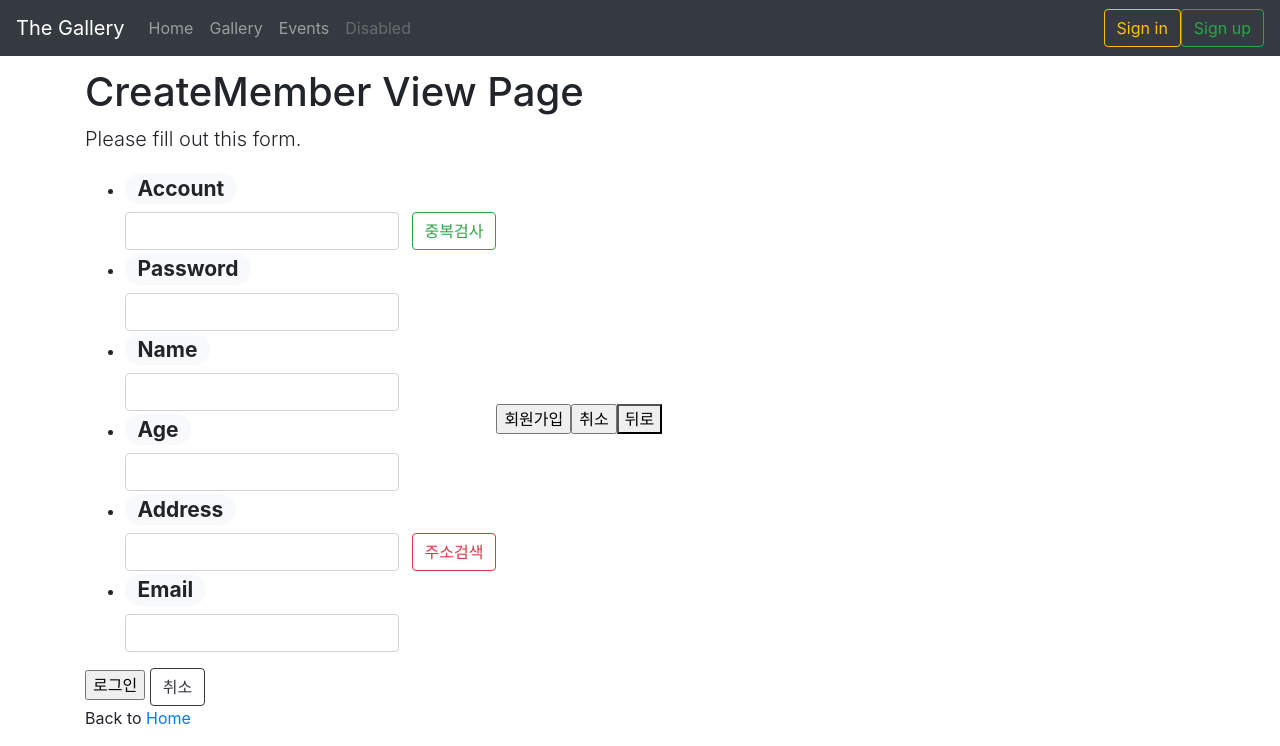
Repository: caramelsyrup/SpringProject1
Page: http://localhost/gallery/WEB-INF/views/member/createMember.jsp
These files come from the project's save history. The page is drawn as it stood at one moment and after the next save; the edit follows.
The browser window is 1280 px wide. The pictures show the whole page.
The page is served by Tomcat 9. Nobody is signed in. Other server files are loaded and not shown. The template is opened directly, without the code that normally fills it, so the values that code supplies are empty.

Above is the page before, as saved 2020-11-17 03:49:48.

### gallery/src/main/webapp/WEB-INF/views/member/createMember.jsp
<%@ page language="java" contentType="text/html; charset=UTF-8" pageEncoding="UTF-8"%>
<%@ include file="/resources/includes/header.jsp" %>
<!DOCTYPE html>
<html>
<head>
<meta charset="UTF-8">
<title>createMember Page</title>
</head>
<main role="main" class="flex-shrink-1" style="margin-top: 20px">
  <div class="container">
    <h1 class="mt-5">CreateMember View Page</h1>
    <p class="lead">Please fill out this form.</p>
    <form  class="form-inline mt-2 mt-md-0" action="/member/createMember" method="post" id="createForm">
		<ul>
			<li>
				<h3><span class="badge badge-pill badge-light">Account</span></h3>
				<!-- 회원 아이디, 시큐리티 떄문에 username으로 정함 -->
				<input class="form-control mr-sm-2" type="text" name="username" id="username"/>
				<button class="btn btn-outline-success my-2 my-sm-0" type="button" id="btnIDchk">중복검사</button>
			</li>
			<li>
				<h3><span class="badge badge-pill badge-light">Password</span></h3>
				<!-- 회원 비밀번호 -->
				<input class="form-control mr-sm-2" type="password" name="password" id="password"/>
			</li>
			<li>
				<h3><span class="badge badge-pill badge-light">Name</span></h3>
				<!-- 회원 이름 -->
				<input class="form-control mr-sm-2" type="text" name="membername" id="membername"/>
			</li>
			<li>
				<h3><span class="badge badge-pill badge-light">Age</span></h3>
				<!-- 회원 나이 -->
				<input class="form-control mr-sm-2" type="text" name="age" id="age"/>
			</li>
			<li>
				<h3><span class="badge badge-pill badge-light">Address</span></h3>
				<!-- 회원 주소 -->
				<input class="form-control mr-sm-2" type="text" name="address" id="address"/>
				<button class="btn btn-outline-danger my-2 my-sm-0" type="button" id="btnAddr">주소검색</button>
			</li>
			<li>
				<h3><span class="badge badge-pill badge-light">Email</span></h3>
				<!-- 회원 이메일주소 -->
				<input class="form-control mr-sm-2" type="email" name="email" id="email"/>
			</li>
		</ul>
		<input type="button" id="btndoCreate" value="회원가입">
		<input type="reset" value="취소">
		<button type="button" onclick="history.back()">뒤로</button>
	</form>
        <input  type="button" id="btnLogin" value="로그인">
        <input class="btn btn-outline-dark my-2 my-sm-0" type="reset" value="취소">
   <p>Back to <a href="/">Home</a></p>
  </div>
  	<script src="/resources/js/member.js"></script>
</main>


</body>
</html>

### gallery/src/main/webapp/resources/includes/header.jsp
<%@ taglib prefix="c" uri="http://java.sun.com/jsp/jstl/core" %>
<!DOCTYPE html>
<html>
<head>
<meta charset="UTF-8">
    <meta charset="utf-8">
    <meta name="viewport" content="width=device-width, initial-scale=1, shrink-to-fit=no">
    <meta name="description" content="">
    <meta name="author" content="Mark Otto, Jacob Thornton, and Bootstrap contributors">
    <meta name="generator" content="Jekyll v4.1.1">
<script src="https://code.jquery.com/jquery-3.5.1.js" integrity="sha256-QWo7LDvxbWT2tbbQ97B53yJnYU3WhH/C8ycbRAkjPDc=" crossorigin="anonymous"></script>
<!-- Latest compiled and minified CSS -->
<link rel="stylesheet" href="https://stackpath.bootstrapcdn.com/bootstrap/4.5.2/css/bootstrap.min.css">
<!-- Latest compiled JavaScript -->
<script src="https://stackpath.bootstrapcdn.com/bootstrap/4.5.2/js/bootstrap.min.js"></script>
</head>
<!-- 최상단 -->
<body class="d-flex flex-column h-100">
    <header>
  <!-- Fixed navbar -->
  <nav class="navbar navbar-expand-md navbar-dark fixed-top bg-dark">
    <a class="navbar-brand" href="#">The Gallery</a>
    <button class="navbar-toggler" type="button" data-toggle="collapse" data-target="#navbarCollapse" aria-controls="navbarCollapse" aria-expanded="false" aria-label="Toggle navigation">
      <span class="navbar-toggler-icon"></span>
    </button>
    <div class="collapse navbar-collapse" id="navbarCollapse">
      <ul class="navbar-nav mr-auto">
        <li class="nav-item">
          <a class="nav-link" href="#">Home <!-- <span class="sr-only">(current)</span> --> </a>
        </li>
        <li class="nav-item">
          <a class="nav-link" href="#">Gallery</a>
        </li>
        <li class="nav-item">
          <a class="nav-link" href="#">Events</a>
        </li>
        <li class="nav-item">
	        <c:if test="${member.auth==0}">
	          <a class="nav-link" href="#">Info</a>
	        </c:if>
        </li>
        <li class="nav-item">
          <a class="nav-link disabled" href="#" tabindex="-1" aria-disabled="true">Disabled</a>
        </li>
      </ul>
       <c:choose>
       	<c:when test="${empty member.username}">
       		<a class="btn btn-outline-warning my-2 my-sm-0" href="/member/createMember">Sign in</a>
      		<a class="btn btn-outline-success my-2 my-sm-0" href="/customLogin">Sign up</a>
      	</c:when>
      	<c:otherwise>
        	<a class="btn btn-outline-success my-2 my-sm-0" href="/customLogout">Logout</a>
        </c:otherwise>
        </c:choose>
    </div>
  </nav>
</header>

Loaded but not shown: gallery/src/main/webapp/resources/js/member.js (no copy from this time; the picture is the same without it)

After the next save:
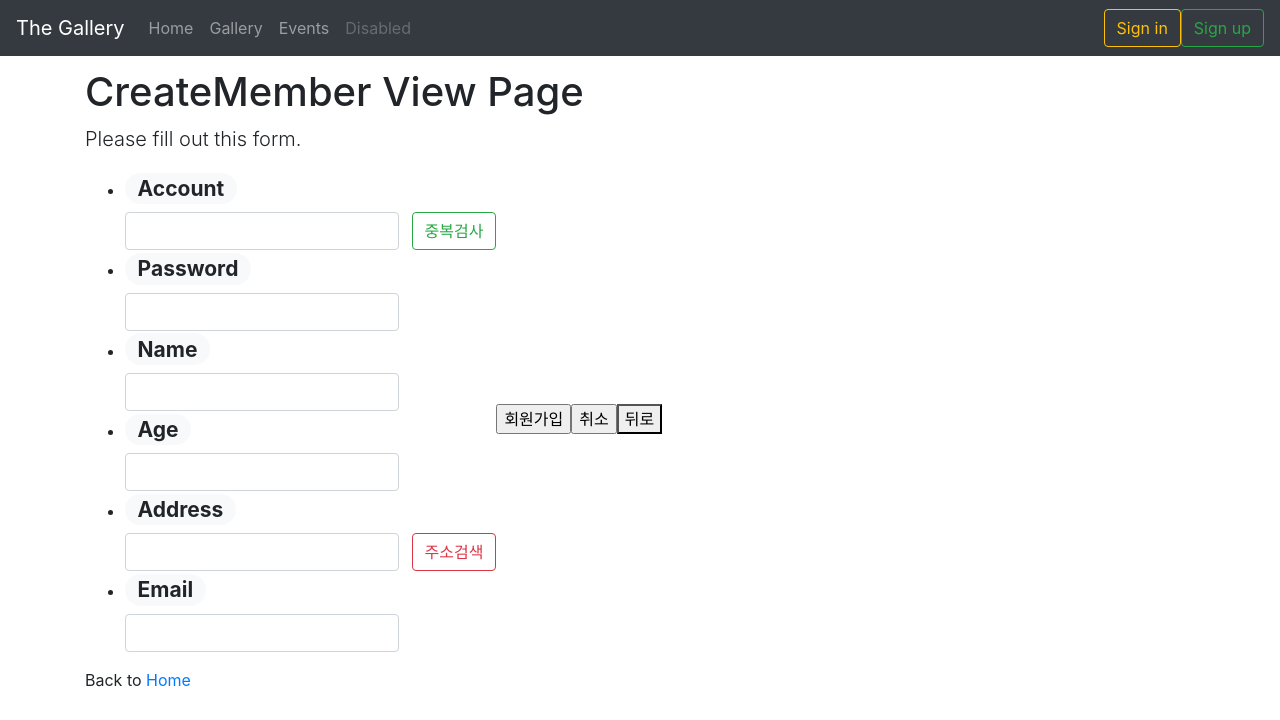
Saved 15 s later.
--- a/gallery/src/main/webapp/WEB-INF/views/member/createMember.jsp
+++ b/gallery/src/main/webapp/WEB-INF/views/member/createMember.jsp
@@ -49,8 +49,6 @@
 		<input type="reset" value="취소">
 		<button type="button" onclick="history.back()">뒤로</button>
 	</form>
-        <input  type="button" id="btnLogin" value="로그인">
-        <input class="btn btn-outline-dark my-2 my-sm-0" type="reset" value="취소">
    <p>Back to <a href="/">Home</a></p>
   </div>
   	<script src="/resources/js/member.js"></script>
